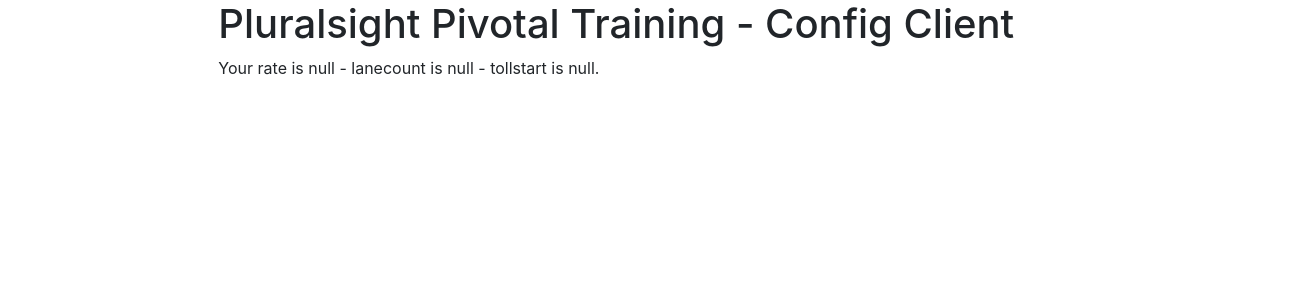
Repository: Ahmedhmidi95/ps-pivotal-spring-ms-course
Page: http://localhost/rateview
An editor plug-in stored every save of this project. The page is shown before and after the next save, followed by the edit.
The browser window is 1280 px wide. The page is 1295 px wide, so the pictures cover 1295 px, including what lies to the right of the window. The pictures show the whole page.
The page is this project's Thymeleaf template; nobody is signed in. The template is opened directly, without the code that normally fills it, so the values that code supplies are empty.

Above is the page before, as saved 2020-04-11 21:09:22.

After the next save:
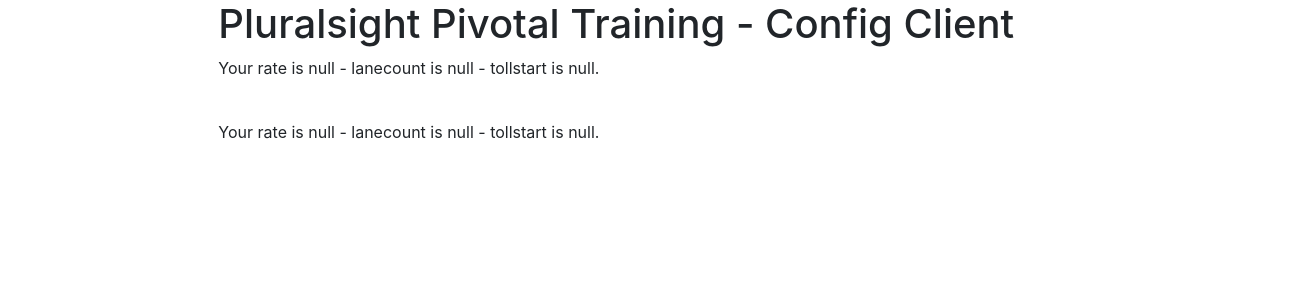
Saved 18 s later.
--- a/config-client/src/main/resources/templates/rateview.html
+++ b/config-client/src/main/resources/templates/rateview.html
@@ -12,6 +12,8 @@
 	<div class="col-md-8">
 		<h1>Pluralsight Pivotal Training - Config Client</h1>
 		<p th:text="'Your rate is '+ ${rateamount}+ ' - lanecount is ' + ${lanes} + ' - tollstart is ' + ${tollstart} +'.'"></p>
+		<br>
+		<p th:text="'Your rate is '+ ${rateamount}+ ' - lanecount is ' + ${lanes} + ' - tollstart is ' + ${tollstart} +'.'"></p>
 	</div>
 	<div class="col-md-2"></div>
 </div>
